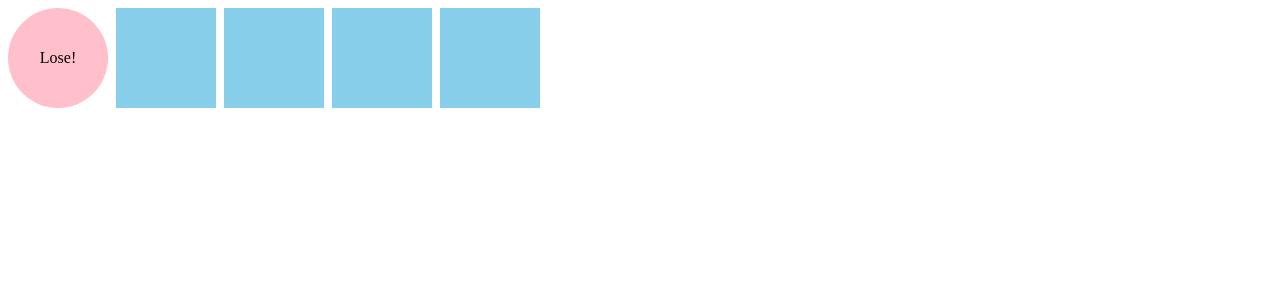
Repository: kojimayu/First-time-JavaScript
Page: index.html
The author's editor kept a copy of each file at every save. The page is drawn from the files as they stood at one save, then again after the next save.
The browser window is 1280 px wide. The pictures show the whole page.
After loading, the first visible `div.box` was clicked once.

Above is the page before, as saved 2019-04-02 19:06:45.

After the next save:
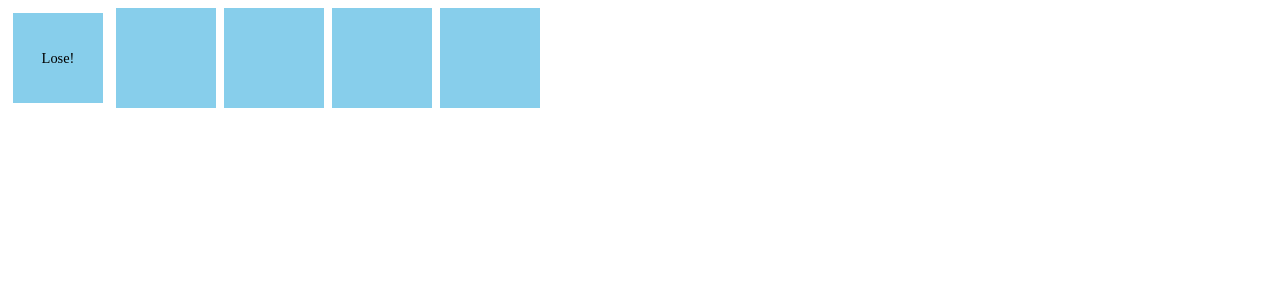
Saved 2 min 55 s later.
--- a/index.html
+++ b/index.html
@@ -20,11 +20,13 @@
             text-align: center;
             line-height: 100px;
         }
-
-        .circle {
+        .win {
             background: pink;
             border-radius: 50%;
             transform: rotate(360deg);
+        }
+        .lose {
+            transform: scale(0.9);
         }
     </style>
 </head>
